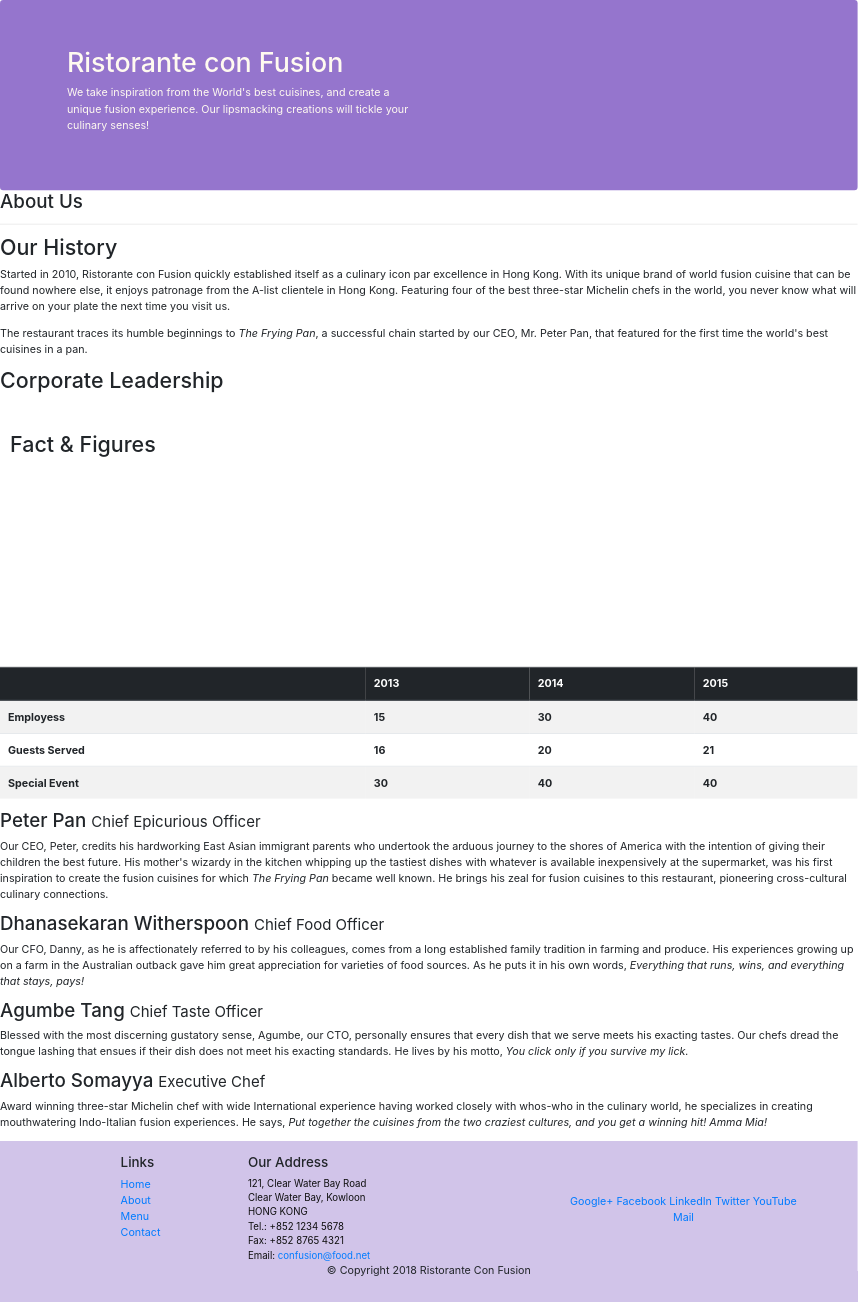
Repository: HwZau/conFusion
Page: aboutus.html
An editor plug-in stored every save of this project. The page is shown before and after the next save, followed by the edit.
The browser window is 1280 px wide. The pictures show the whole page, at 67% of full size.

Above is the page before, as saved 2022-05-19 10:56:01.

### aboutus.html
<!DOCTYPE html>
<html lang="en">
  <head>
    <title>Ristorante Con Fusion: About Us</title>
    <meta charset="utf-8" />
    <meta
      name="viewport"
      content="width=device-width, initial-scale=1, shrink-to-fit=no"
    />
    <meta http-equiv="x-ua-compatible" content="ie=edge" />

    <!-- Bootstrap CSS -->
    <link
      rel="stylesheet"
      href="node_modules/bootstrap/dist/css/bootstrap.min.css"
    />
    <link
      rel="stylesheet"
      href="node_modules/font-awesome/css/font-awesome.min.css"
    />
    <link
      rel="stylesheet"
      href="node_modules/bootstrap-social/bootstrap-social.css"
    />
    <link rel="stylesheet" href="css/style.css" />
  </head>
  </head>

  <body>
    <header class="jumbotron">
      <div class="container">
        <div class="row row-header">
          <div class="col-12 col-sm-6">
            <h1>Ristorante con Fusion</h1>
            <p>
              We take inspiration from the World's best cuisines, and create a
              unique fusion experience. Our lipsmacking creations will tickle
              your culinary senses!
            </p>
          </div>
          <div class="col-12 col-sm"></div>
        </div>
      </div>
    </header>

    <div>
      <div>
        <div>
          <h3>About Us</h3>
          <hr />
        </div>
      </div>

      <div>
        <div>
          <h2>Our History</h2>
          <p>
            Started in 2010, Ristorante con Fusion quickly established itself as
            a culinary icon par excellence in Hong Kong. With its unique brand
            of world fusion cuisine that can be found nowhere else, it enjoys
            patronage from the A-list clientele in Hong Kong. Featuring four of
            the best three-star Michelin chefs in the world, you never know what
            will arrive on your plate the next time you visit us.
          </p>
          <p>
            The restaurant traces its humble beginnings to
            <em>The Frying Pan</em>, a successful chain started by our CEO, Mr.
            Peter Pan, that featured for the first time the world's best
            cuisines in a pan.
          </p>
        </div>
        <div></div>
      </div>

      <div>
        <div>
          <h2>Corporate Leadership</h2>
          <div class="row row-content">
            <div class="col-12 col-sm-9">
              <h2>Fact &amp; Figures</h2>
            </div>
            <div class="col-12 col-sm-3"></div>
          </div>
          <div class="table-responsive">
            <table class="table table-striped">
              <thead class="thead-dark">
                <tr>
                  <th>&nbsp;</th>
                  <th>2013</th>
                  <th>2014</th>
                  <th>2015</th>
                </tr>
              </thead>
              <tbody>
                <tr>
                  <th>Employess</th>
                  <th>15</th>
                  <th>30</th>
                  <th>40</th>
                </tr>
                <tr>
                  <th>Guests Served</th>
                  <th>16</th>
                  <th>20</th>
                  <th>21</th>
                </tr>
                <tr>
                  <th>Special Event</th>
                  <th>30</th>
                  <th>40</th>
                  <th>40</th>
                </tr>
              </tbody>
            </table>
          </div>
          <h3>Peter Pan <small>Chief Epicurious Officer</small></h3>
          <p>
            Our CEO, Peter, credits his hardworking East Asian immigrant parents
            who undertook the arduous journey to the shores of America with the
            intention of giving their children the best future. His mother's
            wizardy in the kitchen whipping up the tastiest dishes with whatever
            is available inexpensively at the supermarket, was his first
            inspiration to create the fusion cuisines for which
            <em>The Frying Pan</em> became well known. He brings his zeal for
            fusion cuisines to this restaurant, pioneering cross-cultural
            culinary connections.
          </p>
          <h3>Dhanasekaran Witherspoon <small>Chief Food Officer</small></h3>
          <p>
            Our CFO, Danny, as he is affectionately referred to by his
            colleagues, comes from a long established family tradition in
            farming and produce. His experiences growing up on a farm in the
            Australian outback gave him great appreciation for varieties of food
            sources. As he puts it in his own words,
            <em
              >Everything that runs, wins, and everything that stays, pays!</em
            >
          </p>
          <h3>Agumbe Tang <small>Chief Taste Officer</small></h3>
          <p>
            Blessed with the most discerning gustatory sense, Agumbe, our CTO,
            personally ensures that every dish that we serve meets his exacting
            tastes. Our chefs dread the tongue lashing that ensues if their dish
            does not meet his exacting standards. He lives by his motto,
            <em>You click only if you survive my lick.</em>
          </p>
          <h3>Alberto Somayya <small>Executive Chef</small></h3>
          <p>
            Award winning three-star Michelin chef with wide International
            experience having worked closely with whos-who in the culinary
            world, he specializes in creating mouthwatering Indo-Italian fusion
            experiences. He says,
            <em
              >Put together the cuisines from the two craziest cultures, and you
              get a winning hit! Amma Mia!</em
            >
          </p>
        </div>
      </div>
    </div>

    <footer class="footer">
      <div class="container">
        <div class="row">
          <div class="col-4 offset-1 col-sm-2">
            <h5>Links</h5>
            <ul class="list-unstyled">
              <li><a href="#">Home</a></li>
              <li><a href="#">About</a></li>
              <li><a href="#">Menu</a></li>
              <li><a href="#">Contact</a></li>
            </ul>
          </div>
          <div class="col-7 col-sm-5">
            <h5>Our Address</h5>
            <address>
              121, Clear Water Bay Road<br />
              Clear Water Bay, Kowloon<br />
              HONG KONG<br />
              Tel.: +852 1234 5678<br />
              Fax: +852 8765 4321<br />
              Email: <a href="mailto:confusion@food.net">confusion@food.net</a>
            </address>
          </div>
          <div class="col-12 col-sm-4 align-self-center">
            <div class="text-center">
              <a href="http://google.com/+">Google+</a>
              <a href="http://www.facebook.com/profile.php?id=">Facebook</a>
              <a href="http://www.linkedin.com/in/">LinkedIn</a>
              <a href="http://twitter.com/">Twitter</a>
              <a href="http://youtube.com/">YouTube</a>
              <a href="mailto:">Mail</a>
            </div>
          </div>
        </div>
        <div class="row justify-content-center">
          <div class="col-auto">
            <p>© Copyright 2018 Ristorante Con Fusion</p>
          </div>
        </div>
      </div>
    </footer>
  </body>
</html>

### css/style.css

.row-header {
	margin: 0px auto;
	padding: 0px auto;
}

.row-content {
	margin: 0 auto;
	padding: 50px 0px 50px 0px;
	border-bottom: 1px ridge;
	min-height: 400px;
}

.footer {
	background-color: #D1C4E9;
	margin: 0px auto;
	padding: 20px 0px 20px 0px;
}

.jumbotron {
	padding: 70px 30px 70px 30px;
	margin: 0px auto;
	background: #9575CD;
	color: floralwhite;
}

address {
	font-size: 90%;
	margin: 0px;
	color:#0f0f0f;
}

Loaded but not shown: node_modules/bootstrap/dist/css/bootstrap.min.css (library); node_modules/font-awesome/css/font-awesome.min.css (library); node_modules/bootstrap-social/bootstrap-social.css (library)

After the next save:
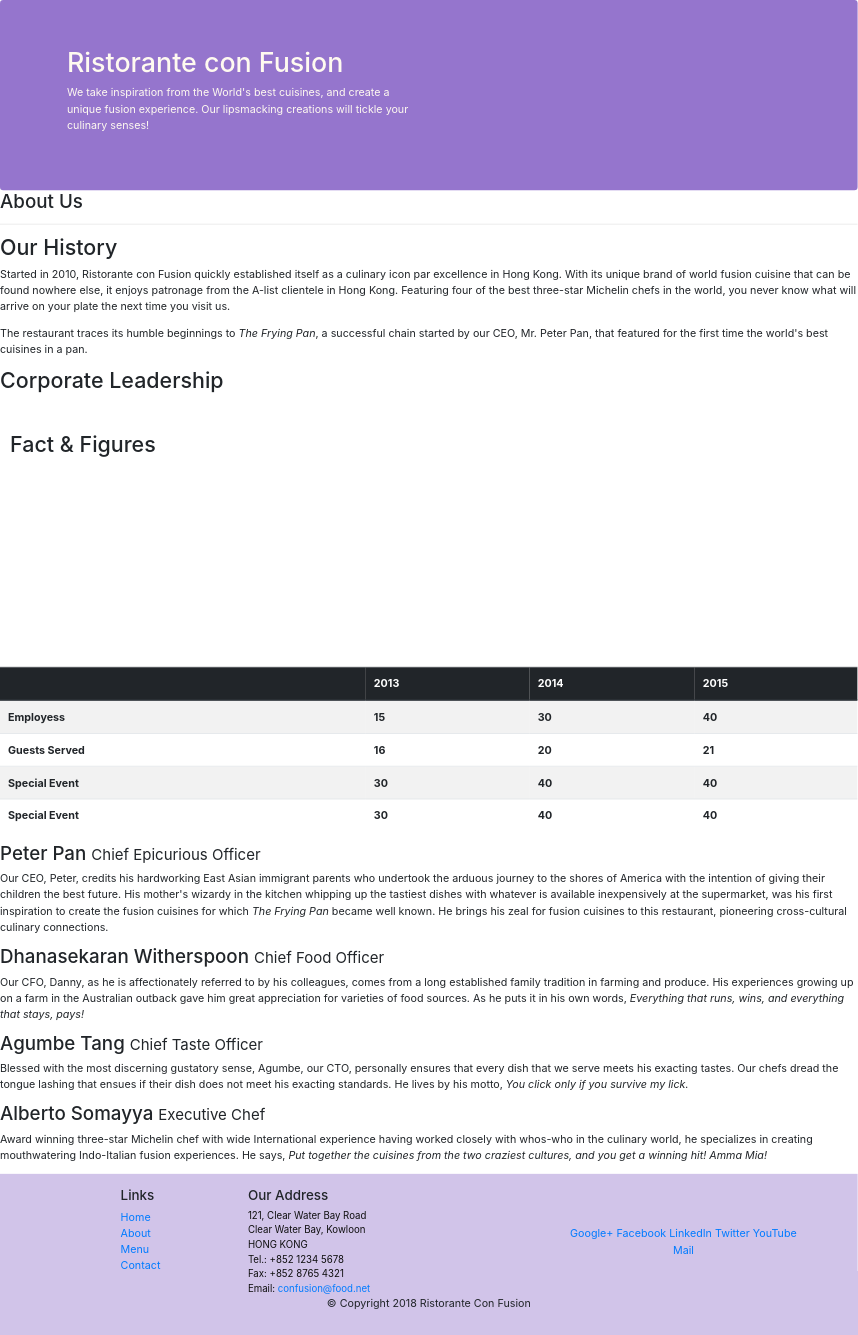
Saved 4 s later.
--- a/aboutus.html
+++ b/aboutus.html
@@ -110,6 +110,12 @@
                   <th>40</th>
                   <th>40</th>
                 </tr>
+                <tr>
+                  <th>Special Event</th>
+                  <th>30</th>
+                  <th>40</th>
+                  <th>40</th>
+                </tr>
               </tbody>
             </table>
           </div>
